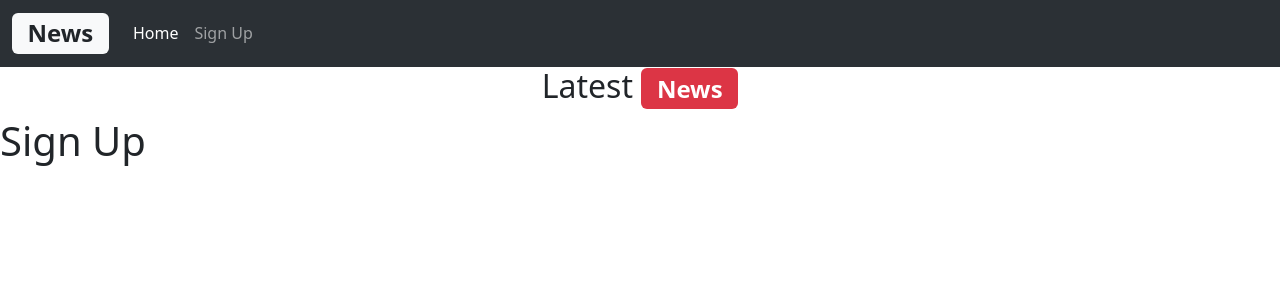
Repository: sshaiv/News_app
Page: /signup
An editor plug-in stored every save of this project. The page is shown before and after a run of saves, followed by the edit.
The browser window is 1280 px wide. The pictures show the whole page.
The page's requests for data from a server got no answer. The project was rebuilt for these pictures with package versions that can differ from the ones it lists, and the page was loaded fresh each time. No one was signed in, and anything a server would have sent is missing. Also part of the build but not shown: vite.config.js, src/Components/NewsItem.jsx, src/index.css.

Above is the page before, as saved 2024-07-15 12:37:00.

### index.html
<!doctype html>
<html lang="en">
  <head>
    <meta charset="UTF-8" />

    <meta name="viewport" content="width=device-width, initial-scale=1.0" />
    <title>News Mag</title>
    <link href="https://cdn.jsdelivr.net/npm/bootstrap@5.3.3/dist/css/bootstrap.min.css" rel="stylesheet" integrity="sha384-QWTKZyjpPEjISv5WaRU9OFeRpok6YctnYmDr5pNlyT2bRjXh0JMhjY6hW+ALEwIH" crossorigin="anonymous">
  </head>
  <body>
    <div id="root"></div>
    <script type="module" src="/src/main.jsx"></script>
    <script src="https://cdn.jsdelivr.net/npm/bootstrap@5.3.3/dist/js/bootstrap.bundle.min.js" integrity="sha384-YvpcrYf0tY3lHB60NNkmXc5s9fDVZLESaAA55NDzOxhy9GkcIdslK1eN7N6jIeHz" crossorigin="anonymous"></script>
  </body>
</html>

### src/App.jsx
import React from 'react';
import { BrowserRouter as Router, Route, Routes } from 'react-router-dom';
import Navbar from './Components/Navbar'; // Ensure correct path
 // Ensure correct path
import SignUp from './Components/SignUp'; // Ensure correct path
import NewsBoard from './Components/NewsBoard';
// import NewsBoard from './Components/NewsBoard'; // Ensure correct path

const App = () => {
  return (
    <Router>
      <div>
        <Navbar />
        <NewsBoard/>
        <Routes>

          <Route path="/signup" element={<SignUp />} />
        </Routes>
      </div>
    </Router>
  );
}

export default App;

### src/Components/Navbar.jsx
// import React from 'react';
import { Link } from 'react-router-dom';

const Navbar = () => {
  return (
    <div>
      <nav className="navbar navbar-expand-lg bg-body-tertiary" data-bs-theme="dark">
        <div className="container-fluid">
          <a className="navbar-brand" href="#">
            <span className="badge bg-light text-dark fs-4">News</span>
          </a>
          <button className="navbar-toggler" type="button" data-bs-toggle="collapse" data-bs-target="#navbarNav" aria-controls="navbarNav" aria-expanded="false" aria-label="Toggle navigation">
            <span className="navbar-toggler-icon"></span>
          </button>

          <div className="collapse navbar-collapse" id="navbarNav">
            <ul className="navbar-nav">
            <li className="nav-item">
          <a className="nav-link active" aria-current="page" href="#">Home</a>
             </li>

                <Link className="nav-link" to="/signup">Sign Up</Link>

            </ul>
          </div>
        </div>
      </nav>
    </div>
  );
}

export default Navbar;

### src/Components/SignUp.jsx
// import React from 'react';

const SignUp = () => {
  return (
    <div>
      <h1>Sign Up</h1>
      {/* Add your sign-up form here */}
    </div>
  );
}

export default SignUp;

### src/Components/NewsBoard.jsx
import { useEffect } from "react";
import { useState } from "react"
import NewsItem from "./NewsItem";

const NewsBoard = () => {

    const [articles,setArticles]=useState([]);

useEffect(()=>{
    let url = `https://newsapi.org/v2/top-headlines?country=us&category=business&apiKey=${import.meta.env.VITE_API_KEY}`;
    fetch(url).then(response=>response.json()).then(data=>setArticles(data.articles));
},[])

  return (
    <div>
      <h2 className="text-center">Latest <span className="badge bg-danger">News</span> </h2>
    {articles.map((news,index)=>{
        return <NewsItem key={index} title={news.title} description={news.description} src={news.urlToImage}  url={news.url} />
    })}
    </div>
  )
}

export default NewsBoard

Loaded but not shown: src/main.jsx (common file)

After the next 3 saves:
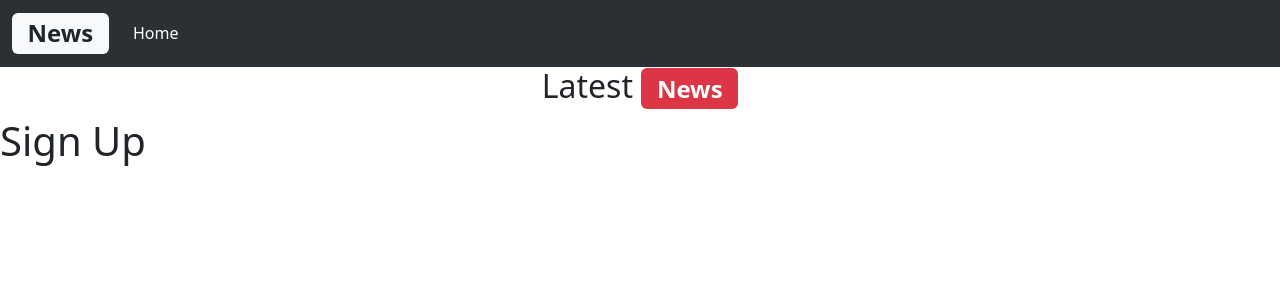
The 3 saves are shown as one change because they came seconds apart.
The last was saved 26 s later.
--- a/src/Components/Navbar.jsx
+++ b/src/Components/Navbar.jsx
@@ -19,8 +19,6 @@ const Navbar = () => {
           <a className="nav-link active" aria-current="page" href="#">Home</a>
              </li>
 
-                <Link className="nav-link" to="/signup">Sign Up</Link>
-
             </ul>
           </div>
         </div>
